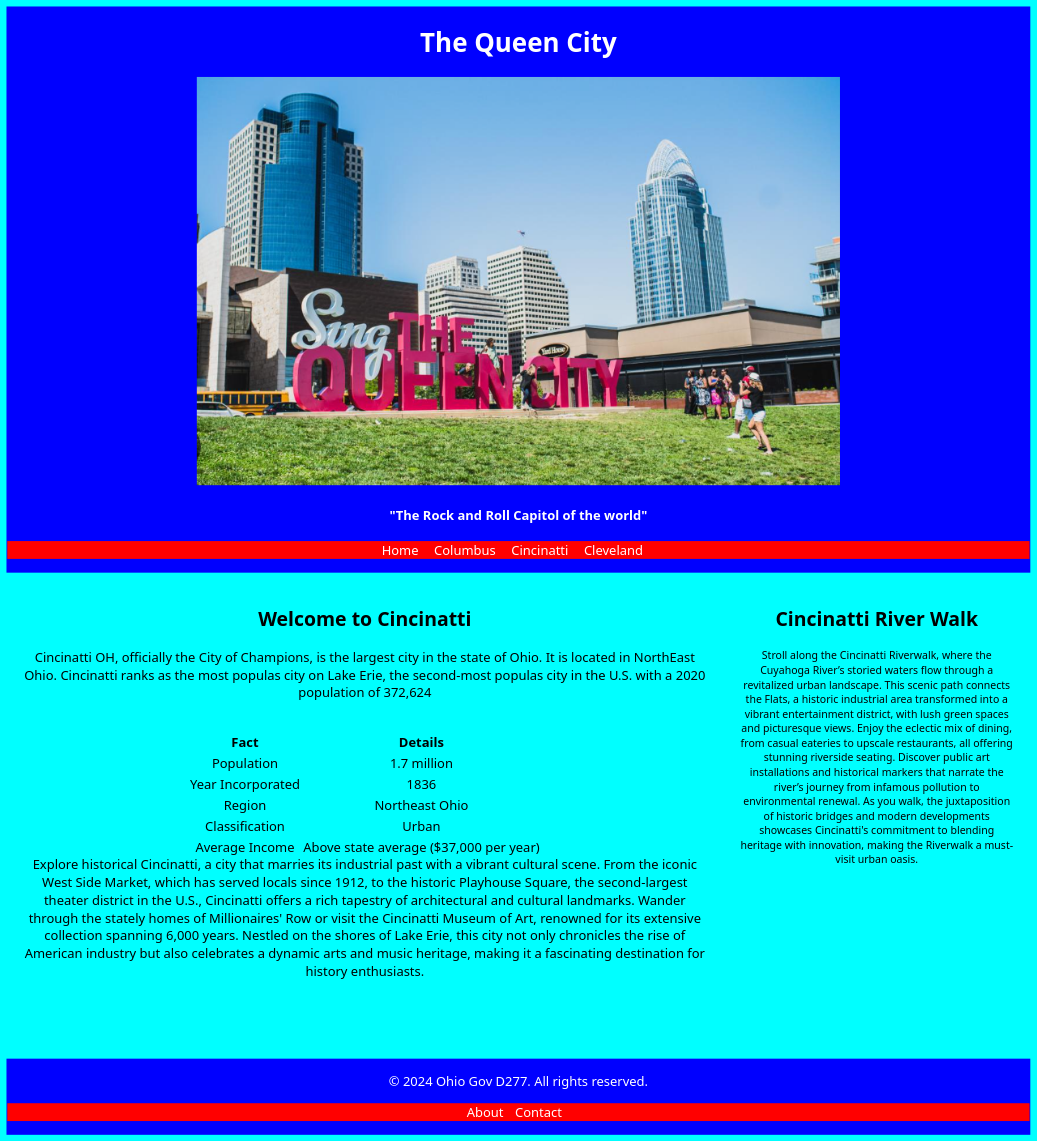
Repository: MikeeBuilds/FEWD-task1
Page: cincinatti.html
These files come from the project's save history. The page is drawn as it stood at one moment and after a run of saves; the edit follows.
The browser window is 1280 px wide. The pictures show the whole page, at 81% of full size.

Above is the page before, as saved 2024-07-02 17:22:05.

### cincinatti.html

<!DOCTYPE html>
<html lang="en">

<head>
    <title>Cincinatti</title>
    <link rel="stylesheet" href="style.css">
</head>

<body>

    <header>
        <h1>The Queen City</h1>
        <img src="images/cincinatti.png" alt="cincinatti" id="cincinatti">
        <h4>"The Rock and Roll Capitol of the world"</h4>
        <nav>
            <ul>
                <li><a href="index.html">Home</a></li>
                <li><a href="columbus.html">Columbus</a></li>
                <li><a href="cincinatti.html">Cincinatti</a></li>
                <li><a href="Cleveland.html">Cleveland</a></li>
            </ul>
        </nav>
    </header>

    <section>
        <h2>Welcome to Cincinatti</h2>
        <p>
            Cincinatti OH, officially the City of Champions, is the largest city in the state of Ohio. It is located in NorthEast Ohio. Cincinatti ranks as the most populas city on Lake Erie, the second-most populas city in the U.S. with a 2020 population of 372,624
        </p>

        <table id="table">
            <tr>
                <th>Fact</th>
                <th>Details</th>
            </tr>
            <tr>
                <td>Population</td>
                <td>1.7 million</td>
            </tr>
            <tr>
                <td>Year Incorporated</td>
                <td>1836</td>
            </tr>
            <tr>
                <td>Region</td>
                <td>Northeast Ohio</td>
            </tr>
            <tr>
                <td>Classification</td>
                <td>Urban</td>
            </tr>
            <tr>
                <td>Average Income</td>
                <td>Above state average ($37,000 per year)</td>
            </tr>
        </table>

        <p>
            Explore historical Cincinatti, a city that marries its industrial past with a vibrant cultural scene. From the iconic West Side Market, which has served locals since 1912, to the historic Playhouse Square, the second-largest theater district in the U.S., Cincinatti offers a rich tapestry of architectural and cultural landmarks. Wander through the stately homes of Millionaires' Row or visit the Cincinatti Museum of Art, renowned for its extensive collection spanning 6,000 years. Nestled on the shores of Lake Erie, this city not only chronicles the rise of American industry but also celebrates a dynamic arts and music heritage, making it a fascinating destination for history enthusiasts.
        </p>
    </section>

    <aside>
        <h2>Cincinatti River Walk</h2>
        <p class="asideparagraph">
            Stroll along the Cincinatti Riverwalk, where the Cuyahoga River’s storied waters flow through a revitalized urban landscape. This scenic path connects the Flats, a historic industrial area transformed into a vibrant entertainment district, with lush green spaces and picturesque views. Enjoy the eclectic mix of dining, from casual eateries to upscale restaurants, all offering stunning riverside seating. Discover public art installations and historical markers that narrate the river’s journey from infamous pollution to environmental renewal. As you walk, the juxtaposition of historic bridges and modern developments showcases Cincinatti's commitment to blending heritage with innovation, making the Riverwalk a must-visit urban oasis.
        </p>
    </aside>

    <footer>
        <p>&copy; 2024 Ohio Gov D277. All rights reserved.</p>
        <nav>
            <ul>
                <li><a href="about.html">About</a></li>
                <li><a href="contact.html">Contact</a></li>
            </ul>
        </nav>
    </footer>

</body>

</html>

### style.css
body {
    background-color: aqua;
    font-family:system-ui, -apple-system, BlinkMacSystemFont, 'Segoe UI', Roboto, Oxygen, Ubuntu, Cantarell, 'Open Sans', 'Helvetica Neue', sans-serif;
}

header {
    clear: both;
    background-color: blue;
    color: white;
    padding: 1px;
    text-align: center;
}

nav {
    background-color: red;
    color: white;
}

nav ul {
    list-style: none;
    padding: 0;
}

nav ul li {
    display: inline-block;
    margin-right: 15px;
}

nav ul li a {
    text-decoration: none;
    color: white;
}

nav ul li a:hover {
    color: red;
    background-color: blue;
}

section {
    width: 70%;
    float: left;
    padding: 20px;
    box-sizing: border-box;
    text-align: center;
    height:600px;
    overflow-y: auto;
}


aside {
    width: 30%;
    float: left;
    padding: 20px;
    box-sizing: border-box;
    text-align: center;
    height: 600px;
    overflow-y: auto;
}

footer {
    clear: both;
    background-color: blue;
    color: white;
    padding: 1px;
    text-align: center;
}

footer nav ul {
    list-style: none;
}

footer nav ul li {
    display: inline-block;
    margin-right: 10px;
}

footer nav ul li a {
    text-decoration: none;
    color: white;
}

#table {
    position:relative;
    top: 20px;
    margin: 0px auto;
}

.asideparagraph {
   font-size: small;
}

.absolute-note {
    position: absolute;
    top: 10px;
    left: 10px;
    background-color: red;
    padding: 5px;
    border: 1px solid black;
}

main {
    width: 70%;
    margin: 0 auto;
    text-align: center;
}

form label {
    display: block;
    margin-top: 10px;
}
form input, form textarea {
    display: block;
    width: 100%;
    padding: 8px;
    margin-top: 5px;
}
form input[type="submit"] {
    width: auto;
    margin-top: 20px;
}

#ohioicon {
    width: 10%;
    height: auto;
}

#sciotomile{
    width: 20%;
    height: auto;
}

#cincinatticon{
    width: 20%;
    height: auto;
}

#cleveland{
    width: 10%;
    height: auto;
}

After the next 2 saves:
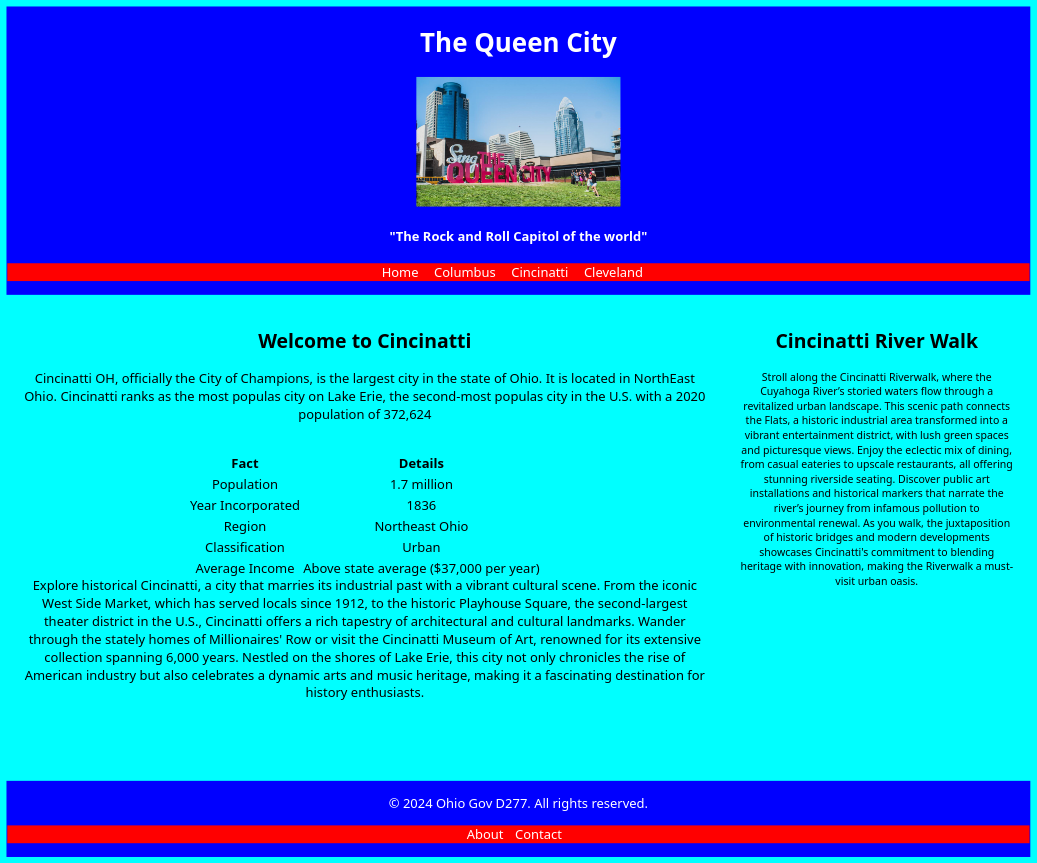
The 2 saves are shown as one change because they came seconds apart.
The last was saved 7 s later.
--- a/style.css
+++ b/style.css
@@ -129,12 +129,12 @@ form input[type="submit"] {
     height: auto;
 }
 
-#cincinatticon{
+#cincinatti{
     width: 20%;
     height: auto;
 }
 
 #cleveland{
-    width: 10%;
+    width: 20%;
     height: auto;
 }
